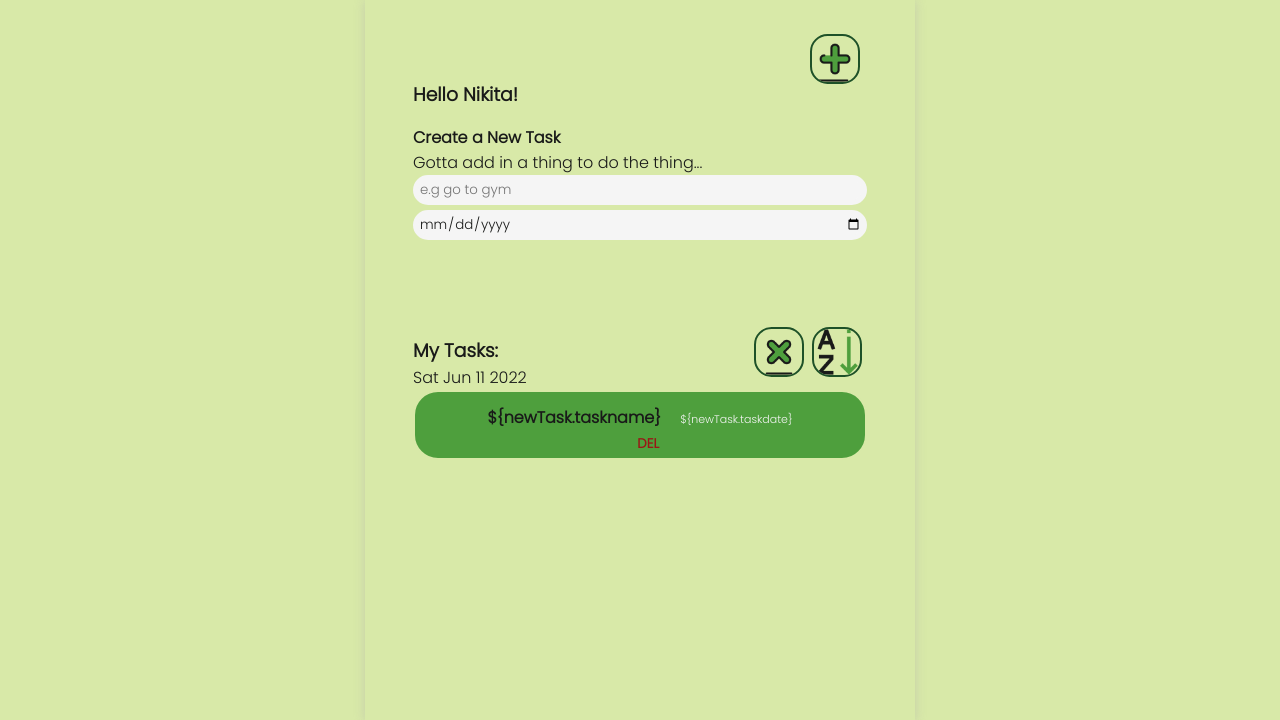
Repository: acidpixie/todo-app-version3
Page: index.html
These files come from the project's save history. The page is drawn as it stood at one moment and after a run of saves; the edit follows.
The browser window is 1280 px wide. The pictures show the whole page.

Above is the page before, as saved 2022-06-11 23:07:16.

### index.html
<!DOCTYPE html>
<html lang="en">
<head>
    <meta charset="UTF-8">
    <meta http-equiv="X-UA-Compatible" content="IE=edge">
    <meta name="viewport" content="width=device-width, initial-scale=1.0">
    <title>Todo Application</title>

    <link rel="stylesheet" type="text/css" href="/css/stylesheet.css">
    <script type="text/javascript" src="/js/script.js" defer></script>

    <!--google fonts - poppins-->
    <link rel="preconnect" href="https://fonts.googleapis.com">
    <link rel="preconnect" href="https://fonts.gstatic.com" crossorigin>
    <link href="https://fonts.googleapis.com/css2?family=Poppins:wght@200;300&display=swap" rel="stylesheet">


</head>
<body>

    <section>
        <header class="heading">
        <h3>Hello&nbsp;<div contenteditable="true">Nikita!</div></h3>
        </header>

        <div>
            <h4>Create a New Task</h4>
            <form>
                <label>Gotta add in a thing to do the thing...</label>
                <input type="text" class="user-input" id="input-task" placeholder="e.g go to gym">
                <p id="empty-input" class="empty-input"></p>
                <input type="date" class="user-date" id="input-date">
                <img src="/images/add.png" type="submit" class="add-new-task" id="add-new-task-button"></img>
                </label>
            </form>
       </div>
    </section>

    <section>
        <div id="display-tasks" class="display">
            <h3>My Tasks:</h3>
            <span class="title-date" id="title-date"></span>
            <ul class="task-item" id="task-list">
                <li class="list-item" id="list-item" data-id="${newTask.taskId}">

                    <div class="list-container" id="lists-container">
                        <span class="list-input" id="list-input" contenteditable="true">${newTask.taskname}</span>
                        <span class="list-date-input" id="list-date-input" contenteditable="true">${newTask.taskdate}</span>
                    </div>
                    <div class="list-buttons">
                        <button class="edit-item" id="edit-item"></button>
                        <button class="delete-item" id="delete-item">DEL</button>
                    </div>

                </li>
            </ul>
        </div>
    </section>

    <section class="user-buttons" id="buttons-user">
        <img src="/images/delete.png" class="user-button" id="clear-button"></img>
        <img src="/images/sort-a-z.png" class="user-button" id="sort-button"></img>
    </section>


</body>
</html>

### css/stylesheet.css
/*color pallet
#191A19 - black
#1E5128 - dark green
#4E9F3D - light green
#D8E9A8 - whitish green gray
#f5f5f5 - white smoke
*/



* {
    box-sizing: border-box;
    font-family: "poppins", sans-serif;
    margin: 0;
}

body {
    background-color: #D8E9A8;
    color: #191A19;
    max-width: 550px;
    min-height: 100vh;
    margin: auto;
    box-shadow: 0 1px 10px 0px rgba(176, 173, 173, 0.467);
    position: relative;
}


section {
    padding: 3rem;
}

.heading {
    padding-top: 2rem;
    padding-bottom: 1rem;
}

form {
    display: flex;
    flex-direction: column;
}

input {
    height: 30px;
    border: solid 5px #f5f5f5;
    color: #191A19;
    background-color: #f5f5f5;
    border-radius: 25px;
}

.user-date {
    margin-top: 5px;
}

li {
    display: flex;
    flex-direction: row;
    padding-left: 0;
    padding-top: 10px;
    list-style: none;
}

ul{
    margin: 0;
    padding: 0;
}

li {
    display: flex;
    flex-direction: column;
    justify-content: center;
    height: 70px;
    width: auto;
    background-color: #4E9F3D ;
    border: solid 2px #D8E9A8;
    border-radius: 25px;
    align-items: center;
}

.edit-item {
    font-size: 8px;
    background-color: transparent;
    border: none;
    color: #D8E9A8;
    cursor: pointer;
}

.delete-item {
    background-color: transparent ;
    border: none;
    color: #9a1616;
    font-weight: 600;
    cursor: pointer;
}


.user-buttons {
    display: flex;
    flex-direction: row;
    gap: 8px;
    position: absolute;
    bottom: 41%;
    right: 1%;
}

.user-button {
    display: flex;
    height: 50px;
    width: 50px;
    gap: 10px;
    border: solid 2px #1E5128;
    border-radius: 35%;
    cursor: pointer;

}

.add-new-task {
    height: 50px;
    width: 50px;
    margin-top: 5px;
    position: absolute;
    top: 15%;
    right: 10%;
    background-color: none;
    border: solid 2px #1E5128;
    border-radius: 35%;
    cursor: pointer;

}

.completed-task {
    text-decoration: line-through;
  }

.completed {
    filter: opacity(50%);
  }

.list-date-input {
    font-size: 11px;
    color: #f5f5f5 ;
    padding-left: 15px;

}

.list-input {
    font-weight: 600;
}

h3 {
    display: flex;
}

.empty-input {
    display: flex;
    justify-content: center;
    font-size: 12px;
    color: #9a1616;
}

@media screen and (min-width: 672px) {
    .user-buttons {
        display: flex;
        flex-direction: row;
        gap: 8px;
        position: absolute;
        bottom: 41%;
        right: 1%;
    }

    .add-new-task {
        height: 50px;
        width: 50px;
        margin-top: 5px;
        position: absolute;
        top: 4%;
        right: 10%;
        background-color: none;
        border: solid 2px #1E5128;
        border-radius: 35%;
        cursor: pointer;

    }

}

@media screen and (min-width: 990px) {

}

@media screen and (min-width: 1296px) {

}

### js/script.js
let date = new Date();
let dateHeader = date.toDateString();

const dateToday = document.getElementById('title-date');
dateToday.innerHTML = dateHeader;

const LOCAL_STORAGE_APP_KEY = "todo-app-storage-key";

//input variables
let taskInput = document.getElementById("input-task");
let taskInputDate = document.getElementById("input-date");
const taskInputSubmit = document.getElementById("add-new-task-button");
const emptyInput= document.getElementById("empty-input");

const taskList = document.getElementById("task-list");

const clearTaskList = document.getElementById("clear-button");
const sortTaskList = document.getElementById("sort-button");

let editInputTask = "";
let editInputDate = "";
let editId = "";
let isEdit = false;

let taskArray = [];

class Task {
    constructor(taskid, taskname, taskdate) {
        this._taskid = taskid;
        this._taskname = taskname;
        this._taskdate = taskdate;
    }

    get taskid() {
        return this._taskid;
      }

      set taskid(newTaskId) {
        this._taskid = newTaskId;
      }

      get taskname() {
        return this._taskname;
      }

      set taskname(newTaskName) {
        this._taskname = newTaskName;
      }

      get taskdate() {
        return this._taskdate;
      }

      set taskdate(newTaskDate) {
        this._taskdate = newTaskDate;
      }
    }

    //event listeners

    taskInputSubmit.addEventListener("click", addTask);
    clearTaskList.addEventListener("click", clearTasks);
    sortTaskList.addEventListener("click", sortTasks);

    //function to add in a new task

    function addTask(e) {
        e.preventDefault();

        let userInput = document.getElementById("input-task").value;
        let userInputDate = document.getElementById("input-date").value;

        let newTaskId = new Date().getTime().toString();
        let userInputTask = userInput.charAt(0).toUpperCase() + userInput.slice(1);

        emptyInput.innerHTML= "";

        if (userInputTask !== "" && !isEdit) {
            let newTask = new Task(newTaskId, userInputTask, userInputDate);
            taskArray.push(newTask);

            const listElement = document.createElement("li");
            listElement.classList.add("list-item");
            const attr = document.createAttribute("data-id");
            attr.value = newTaskId;
            listElement.setAttributeNode(attr);

            //template literal to add in list inputs
            listElement.innerHTML = `
            <div class="list-container">
            <span class="list-input" id="list-input" contenteditable="true">${newTask.taskname}</span>
            <span class="list-date-input" id="list-date-input" contenteditable="true">${newTask.taskdate}</span>
            </div>
            <div class="list-buttons">
            <button class="edit-item" id="edit-item"></button>
            <button class="delete-item" id="delete-item">DEL</button>
            </div>
            `;

            //variables and event listeners for buttons in new li element created
            const taskContent = listElement.querySelector(".list-container");
            const deleteButton = listElement.querySelector(".delete-item");
            const editButton = listElement.querySelector(".edit-item");

           deleteButton.addEventListener("click", deleteTask);
           editButton.addEventListener("click", editTask);

            taskList.appendChild(listElement);

            taskContent.addEventListener("dblclick", function(){
                taskContent.classList.toggle("completed-task");
                listElement.classList.toggle("completed");
            });

            saveToLocalStorage();
            setToDefault();

        } else if (userInputTask !== "" && isEdit) {
            editInputTask.innerHTML = userInputTask;
            editInputDate.innerHTML = userInputDate;

            setToDefault();

        } else if (userInputTask === "") {
            emptyInput.innerHTML = "task input cannot be blank";
        } else {
            emptyInput.innerHTML = "";
        }
    }

    // clear tasks

    function clearTasks() {
        const allTasks = document.querySelectorAll(".list-item");

        if (allTasks.length > 0) {
            allTasks.forEach(function (listItem) {
                taskList.removeChild(listItem);
            });

            setToDefault();
            localStorage.removeItem("todo-app-storage-key");
        }
    }

    //sort tasks a-z

    function sortTasks() {
        [...taskList.children]
        .sort((a, b) => (a.innerText > b.innerText ? 1 : -1))
        .forEach((node) => taskList.appendChild(node));
    }

    //delete tasks

    function deleteTask(event) {
        let element = event.currentTarget.parentElement.parentElement;
        const id = element.dataset.id;
        taskList.removeChild(element);

        setToDefault()
    }

    // edit tasks

 //  function editTask(event) {
 //   let element = event.currentTarget.parentElement.parentElement;
 //   const attrE = document.createAttribute("contenteditable");
 //   attrE.value = true;
 //   element.setAttributeNode(attrE);

 //   editId = element.dataset.id;
 //   isEdit = true;


 function editTask(button) {
    let x = document.getElementById("list-input");
    if (x.contentEditable == "true") {
        x.contentEditable = "false"; button.innerHTML = "SAVE";
    } else {x.contentEditable = "true"; button.innerHTML = "EDIT";
}

 }



    function setToDefault() {
        taskInput.value = "";
        taskInputDate.value = "";
        isEdit = false;
        editId = "";
    }

    function saveToLocalStorage() {
        taskArray = JSON.stringify(taskArray);
        localStorage.setItem(LOCAL_STORAGE_APP_KEY, taskArray);
        taskArray = JSON.parse(localStorage.getItem(LOCAL_STORAGE_APP_KEY));
    }

After the next 4 saves:
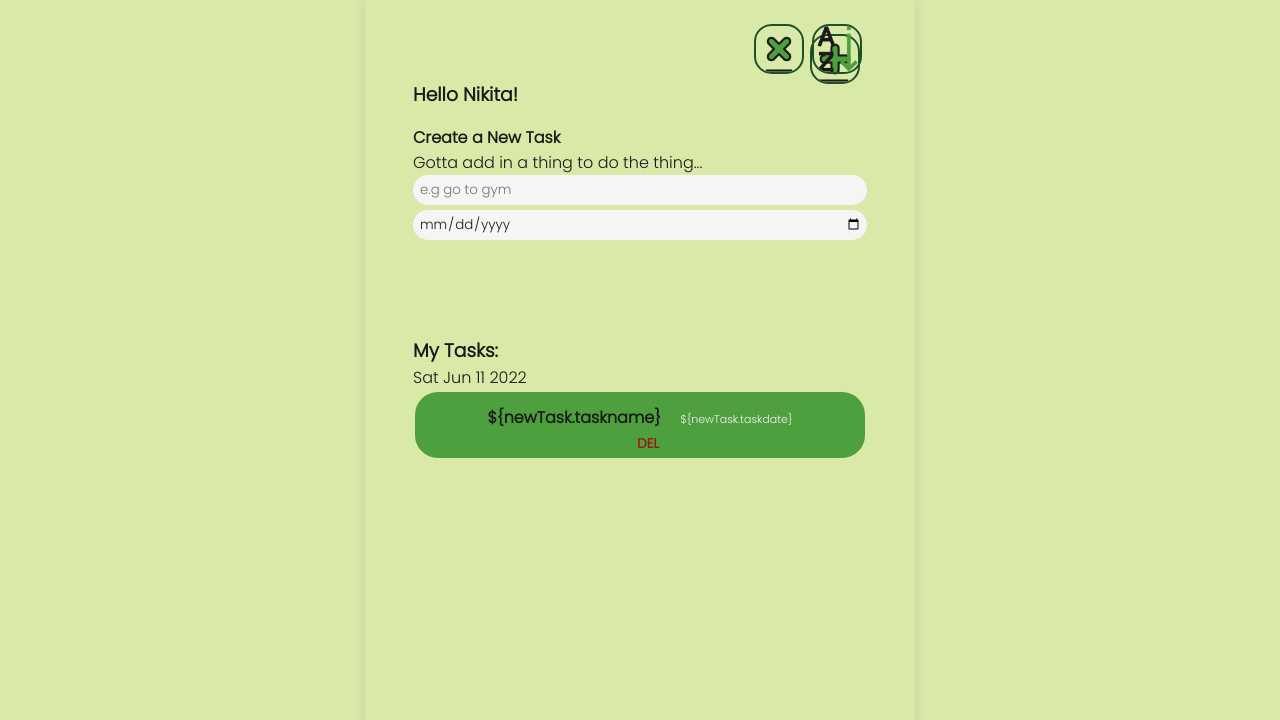
The 4 saves are shown as one change because they came seconds apart.
The last was saved 24 s later.
--- a/css/stylesheet.css
+++ b/css/stylesheet.css
@@ -163,7 +163,7 @@ h3 {
         flex-direction: row;
         gap: 8px;
         position: absolute;
-        bottom: 41%;
+        bottom: 83%;
         right: 1%;
     }
 
